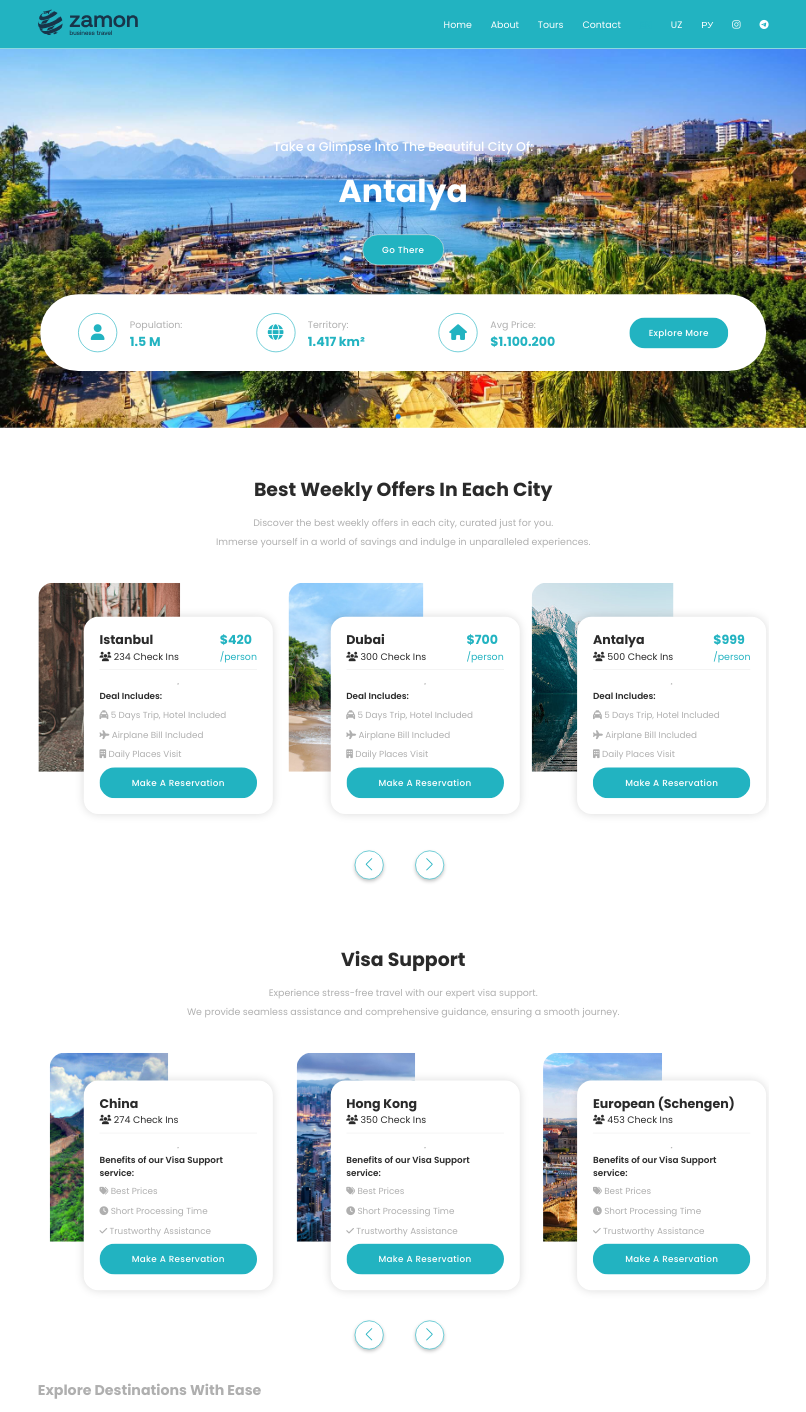
Repository: asadbekdev07/asadbekdev-zamontour-react
Page: /
These files come from the project's save history. The page is drawn as it stood at one moment and after the next save; the edit follows.
The browser window is 1280 px wide. The pictures show the whole page, at 63% of full size.
The project was rebuilt for these pictures with package versions that can differ from the ones it lists, and the page was loaded fresh each time. Also part of the build but not shown: vite.config.js.

Above is the page before, as saved 2024-05-26 17:58:26.

### index.html
<!doctype html>
<html lang="en">
  <head>
    <meta charset="UTF-8" />
    <link rel="icon" type="image/svg+xml" href="/vite.svg" />
    <meta name="viewport" content="width=device-width, initial-scale=1.0" />
    <title>Vite + React</title>
    <link rel="stylesheet" href="https://cdnjs.cloudflare.com/ajax/libs/font-awesome/6.5.2/css/all.min.css" integrity="sha512-SnH5WK+bZxgPHs44uWIX+LLJAJ9/2PkPKZ5QiAj6Ta86w+fsb2TkcmfRyVX3pBnMFcV7oQPJkl9QevSCWr3W6A==" crossorigin="anonymous" referrerpolicy="no-referrer" />

  </head>
  <body>
    <div id="root"></div>
    <script type="module" src="/src/main.jsx"></script>
  </body>
</html>

### src/main.jsx
import React from 'react'
import ReactDOM from 'react-dom/client'
import App from './assets/components/App'
import './assets/styles/index.css'
import './i18n'

ReactDOM.createRoot(document.getElementById('root')).render(
  <React.StrictMode>
    <App />
  </React.StrictMode>,
)

### src/assets/components/App.jsx
import Offers from "./Offers"
import SiteHeader from "./Site-header"
import SliderHero from "./Slider-hero"
import Visa from "./Visa"
import Explore from "./explore"

function App() {

  return (
    <>
      <SiteHeader />
      <SliderHero />
      <Offers />
      <Visa />
      <Explore />
    </>
  )
}

export default App

### src/i18n.jsx
import i18n from 'i18next';
import { initReactI18next } from 'react-i18next';
import Backend from 'i18next-http-backend';
import laungageDetector from 'i18next-browser-languagedetector';
import enLang from '../public/locales/en.json'
import uzLang from '../public/locales/uz.json'
import ruLang from '../public/locales/ru.json'

i18n
.use(Backend)
.use(laungageDetector)
.use(initReactI18next)
.init({
  fallbackLng: 'en',
  lng: 'en',
  debug: true,
  resources: {
    en:{translation: enLang},
    uz:{translation: uzLang},
    ru:{translation: ruLang}
  }
})

export default i18n;

### src/assets/components/Offers.jsx
import { Navigation, A11y } from 'swiper/modules';
import { Swiper, SwiperSlide } from 'swiper/react';
import 'swiper/css';
import 'swiper/css/navigation';

import offersFirst from '/img/deals-04.jpg';
import offersSecond from '/img/offers-02.jpg';
import offersThird from '/img/deals-01.jpg';
import offersFourth from '/img/offers-01.jpg';
import usa from '/img/usa1.jpg';
import england from '/img/deals-02.jpg';
import canada from '/img/cand.jpg';
import europe from '/img/europe2.jpg';

const offersData = [
  { img: offersFirst, city: "Istanbul", checkIns: 234, price: 420 },
  { img: offersSecond, city: "Dubai", checkIns: 300, price: 700 },
  { img: offersThird, city: "Antalya", checkIns: 500, price: 999 },
  { img: offersFourth, city: "Sharm El-Sheikh", checkIns: 200, price: 800 },
  { img: usa, city: "USA", checkIns: 400, price: null },
  { img: england, city: "England", checkIns: 234, price: null },
  { img: canada, city: "Canada", checkIns: 345, price: null },
  { img: europe, city: "European Union", checkIns: 345, price: null }
];

const Offers = () => {
  return (
    <div className="offers">
      <div className="container">
        <div className="offers__content">
          <h2 className="offers__title">Best Weekly Offers In Each City</h2>
          <p className="offers__description">Discover the best weekly offers in each city, curated just for you. <br/> Immerse yourself in a world of savings and indulge in unparalleled experiences.</p>
        </div>
        <Swiper
          modules={[Navigation, A11y]}
          spaceBetween={15}
          slidesPerView={3}
          navigation={{ nextEl: '.swiper-button-next', prevEl: '.swiper-button-prev' }}
          loop={true}
          breakpoints={{ // Add breakpoints for adjusting slidesPerView and spaceBetween
            1000: {
              slidesPerView: 3,
              spaceBetween: 15
            },
            700: {
              slidesPerView: 2,
              spaceBetween: 15
            },
            0: {
              slidesPerView: 1,
              spaceBetween: 15
            }
          }}
          onSwiper={(swiper) => console.log(swiper)}
          onSlideChange={() => console.log('slide change')}
        >
          {offersData.map((offer, index) => (
            <SwiperSlide key={index} className='offers__card'>
              <img className='offers__img' src={offer.img} alt={`${offer.city} img`} />
              <div className="offers__card-inner inner">
                <div className="inner__top">
                  <h4>{offer.city}<br/><span><i className="fa fa-users"></i> {offer.checkIns} Check Ins</span></h4>
                  {offer.price && <h6>${offer.price}<br/><span>/person</span></h6>}
                </div>
                <hr className='inner__divider' />
                <ul className='inner__list'>
                  <li className="inner__list-title">Deal Includes:</li>
                  <li><i className="fa fa-taxi"></i> 5 Days Trip, Hotel Included</li>
                  <li><i className="fa fa-plane"></i> Airplane Bill Included</li>
                  <li><i className="fa fa-building"></i> Daily Places Visit</li>
                </ul>
                <a className="button button--wrapper" href="#contact">Make a Reservation</a>
              </div>
            </SwiperSlide>
          ))}
        </Swiper>
        <div className="swiper-buttons">
          <div className="swiper-button-prev"></div>
          <div className="swiper-button-next"></div>
        </div>
      </div>
    </div>
  );
};

export default Offers;

### src/assets/components/Site-header.jsx
import React, { useState } from 'react';
import zamonImg from '/img/zamon.svg';
import { FontAwesomeIcon } from '@fortawesome/react-fontawesome';
import { faBars, faTimes } from '@fortawesome/free-solid-svg-icons';
import { useTranslation } from 'react-i18next';

const SiteHeader = () => {
  const [isMenuOpen, setIsMenuOpen] = useState(false);

  const handleToggle = () => {
    setIsMenuOpen(prevState => !prevState);
  };

  const { t, i18n } = useTranslation();
  const currentLanguage = i18n.language;

  const handleChange = (language) => {
    i18n.changeLanguage(language);
  }

  return (
    <header className={`site-header ${isMenuOpen ? 'is-open' : ''}`}>
      <div className="container site-header__container">
        <a className="site-header__logo-link" href="#">
          <img className='site-header__logo logo' src={zamonImg} alt="Site logo" width={159} height={41} />
        </a>

        <div className="site-header__sitenav">
          <nav className="sitenav">
            <ul className="sitenav__list">
              {/* ITEM  */}
              <li className="sitenav__item">
                <a className='sitenav__link' href="#">{t('home')}</a>
              </li>
              {/* ITEM  */}
              <li className="sitenav__item">
                <a className='sitenav__link' href="#about">{t('about')}</a>
              </li>
              {/* ITEM  */}
              <li className="sitenav__item">
                <a className='sitenav__link' href="tours">{t('tours')}</a>
              </li>
              {/* ITEM  */}
              <li className="sitenav__item">
                <a className='sitenav__link' href="contacts">{t('contacts')}</a>
              </li>
            </ul>
          </nav>

          <ul className="lang">
            {/* ITEM  */}
            <li className="lang__item">
              <a
                className={`lang__link ${currentLanguage === 'en' ? 'selected' : ''}`}
                href="#"
                onClick={(e) => { e.preventDefault(); handleChange('en'); }}
              >
                EN
              </a>
            </li>
            {/* ITEM  */}
            <li className="lang__item">
              <a
                className={`lang__link ${currentLanguage === 'uz' ? 'selected' : ''}`}
                href="#"
                onClick={(e) => { e.preventDefault(); handleChange('uz'); }}
              >
                UZ
              </a>
            </li>
            {/* ITEM  */}
            <li className="lang__item">
              <a
                className={`lang__link ${currentLanguage === 'ru' ? 'selected' : ''}`}
                href="#"
                onClick={(e) => { e.preventDefault(); handleChange('ru'); }}
              >
                РУ
              </a>
            </li>
          </ul>

          <ul className="social">
            {/* ITEM  */}
            <li className="social__item">
              <a className='social__link' href="https://www.instagram.com/zamontour/" target="_blank" rel="noopener noreferrer">
                <i className="fa-brands fa-instagram social__icon"></i>
              </a>
            </li>
            {/* ITEM  */}
            <li className="social__item">
              <a className='social__link' href="https://t.me/zamonbiznestour" target="_blank" rel="noopener noreferrer">
                <i className="fa-brands fa-telegram social__icon"></i>
              </a>
            </li>
          </ul>
        </div>
        <button className='site-header__toggler' onClick={handleToggle}>
          <FontAwesomeIcon icon={isMenuOpen ? faTimes : faBars} size="2x" />
        </button>
      </div>
    </header>
  );
};

export default SiteHeader;

### src/assets/components/Slider-hero.jsx
import React from 'react';
import { Swiper, SwiperSlide } from 'swiper/react';
import 'swiper/css';
import 'swiper/css/pagination';
import 'swiper/css/navigation';


import { Autoplay, Pagination, Navigation } from 'swiper/modules';

import istanbulImg from '/img/istanbul.jpg';
import antalyaImg from '/img/antalya.jpg';
import dubaiImg from '/img/dubai2.jpg';
import sharmImg from '/img/sharm.jpg';

const slidesData = [
  {
    img: istanbulImg,
    city: 'Istanbul',
    population: '15.5 M',
    territory: '5.461 km²',
    avgPrice: '$946.000'
  },
  {
    img: antalyaImg,
    city: 'Antalya',
    population: '1.5 M',
    territory: '1.417 km²',
    avgPrice: '$1.100.200'
  },
  {
    img: dubaiImg,
    city: 'Dubai',
    population: '3.3 M',
    territory: '35 km²',
    avgPrice: '$425.000'
  },
  {
    img: sharmImg,
    city: 'Sharm El-Sheikh',
    population: '0.07 M',
    territory: '45 km²',
    avgPrice: '$165.450'
  }
];

const SlideContent = ({ img, city, population, territory, avgPrice }) => (
  <section className="slider" style={{ backgroundImage: `url(${img})` }}>
    <div className="container slider__container">
      <div className="slider__top">
        <h3 className="slider__top-heading">Take a Glimpse Into The Beautiful City Of:</h3>
        <h2 className="slider__top-city">{city}</h2>
        <a className="button button--cta" href="#contact">Go There</a>
      </div>
      <div className="slider__bottom">
        <ul className="slider__bottom-list list">
          <li className="list__item">
            <div className="list__item-inner">
              <i className="fa fa-user"></i>
              <h4 className="list__subheading">
                <span>Population:</span><br />{population}
              </h4>
            </div>
          </li>
          <li className="list__item">
            <div className="list__item-inner">
              <i className="fa fa-globe"></i>
              <h4 className="list__subheading">
                <span>Territory:</span><br />{territory}
              </h4>
            </div>
          </li>
          <li className="list__item">
            <div className="list__item-inner">
              <i className="fa fa-home"></i>
              <h4 className="list__subheading">
                <span>Avg Price:</span><br />{avgPrice}
              </h4>
            </div>
          </li>
          <div className="list__item-inner">
            <a className="button" href="#contact">Explore More</a>
          </div>
        </ul>
      </div>
    </div>
  </section>
);

export default function SliderHero() {
  return (
    <Swiper
      spaceBetween={5}
      centeredSlides={true}
      autoplay={{
        delay: 5500,
        disableOnInteraction: false,
      }}
      pagination={{
        clickable: true,
      }}
      loop={true}
      navigation={false}
      modules={[Autoplay, Pagination, Navigation]}
      className="mySwiper"
    >
      {slidesData.map((slide, index) => (
        <SwiperSlide key={index}>
          <SlideContent {...slide} />
        </SwiperSlide>
      ))}
    </Swiper>
  );
}

### src/assets/components/Visa.jsx
import React from 'react';
import { Navigation, A11y } from 'swiper/modules';
import { Swiper, SwiperSlide } from 'swiper/react';
import 'swiper/css';
import 'swiper/css/navigation';

import china from '/img/china.jpg';
import hongkong from '/img/hongkong.jpg';
import europe from '/img/europe.jpeg';
import india from '/img/india.jpg';
import japan from '/img/japan.jpg';
import saudi from '/img/saudi.jpg';
import oman from '/img/oman.jpg';

const offersData = [
  { img: china, city: "China", checkIns: 274 },
  { img: hongkong, city: "Hong Kong", checkIns: 350 },
  { img: europe, city: "European (Schengen)", checkIns: 453 },
  { img: india, city: "India", checkIns: 220 },
  { img: japan, city: "Japan", checkIns: 442 },
  { img: saudi, city: "Saudi Arabia", checkIns: 424 },
  { img: oman, city: "Oman", checkIns: 389 }
];

const Visa = () => {
  return (
    <div className="visa">
      <div className="container">
        <div className="visa__content">
          <h2 className="visa__title">Visa Support</h2>
          <p className="visa__description">
          Experience stress-free travel with our expert visa support. <br/> We provide seamless assistance and comprehensive guidance, ensuring a smooth journey.
          </p>
        </div>
        <Swiper
          modules={[Navigation, A11y]}
          spaceBetween={15}
          slidesPerView={3}
          navigation={{ nextEl: '.swiper-button-next', prevEl: '.swiper-button-prev' }}
          loop={true}
          breakpoints={{
            1000: {
              slidesPerView: 3,
              spaceBetween: 15
            },
            700: {
              slidesPerView: 2,
              spaceBetween: 15
            },
            0: {
              slidesPerView: 1,
              spaceBetween: 15
            }
          }}
          onSwiper={(swiper) => console.log(swiper)}
          onSlideChange={() => console.log('slide change')}
        >
          {offersData.map((offer, index) => (
            <SwiperSlide key={index} className='visa__card'>
              <img className='visa__img' src={offer.img} alt={`${offer.city} img`} />
              <div className="visa__card-inner inner">
                <div className="inner__top">
                  <h4>{offer.city}<br /><span><i className="fa fa-users"></i> {offer.checkIns} Check Ins</span></h4>
                </div>
                <hr className='inner__divider' />
                <ul className='inner__list'>
                  <li className="inner__list-title">Benefits of our Visa Support service:</li>
                  <li><i className="fa fa-tags"></i> Best Prices</li>
                  <li><i className="fa fa-clock"></i> Short Processing Time</li>
                  <li><i className="fa fa-check"></i> Trustworthy Assistance</li>
                </ul>
                <a className="button button--wrapper" href="#contact">Make a Reservation</a>
              </div>
            </SwiperSlide>
          ))}
        </Swiper>
        <div className="swiper-buttons">
          <div className="swiper-button-prev"></div>
          <div className="swiper-button-next"></div>
        </div>
      </div>
    </div>
  );
};

export default Visa;

### src/assets/components/explore.jsx
const Explore = () => {
  return (
    <section className="explore">
      <div className="container">
        <div className="explore__top">
          <h2 className="explore__top-heading">Explore Destinations With Ease</h2>
        </div>
      </div>
    </section>
  )
}

export default Explore

Loaded but not shown: public/locales/uz.json (12 lines, source omitted); public/locales/en.json (12 lines, source omitted); public/locales/ru.json (12 lines, source omitted); src/assets/styles/index.css (881 lines, source omitted)

After the next save:
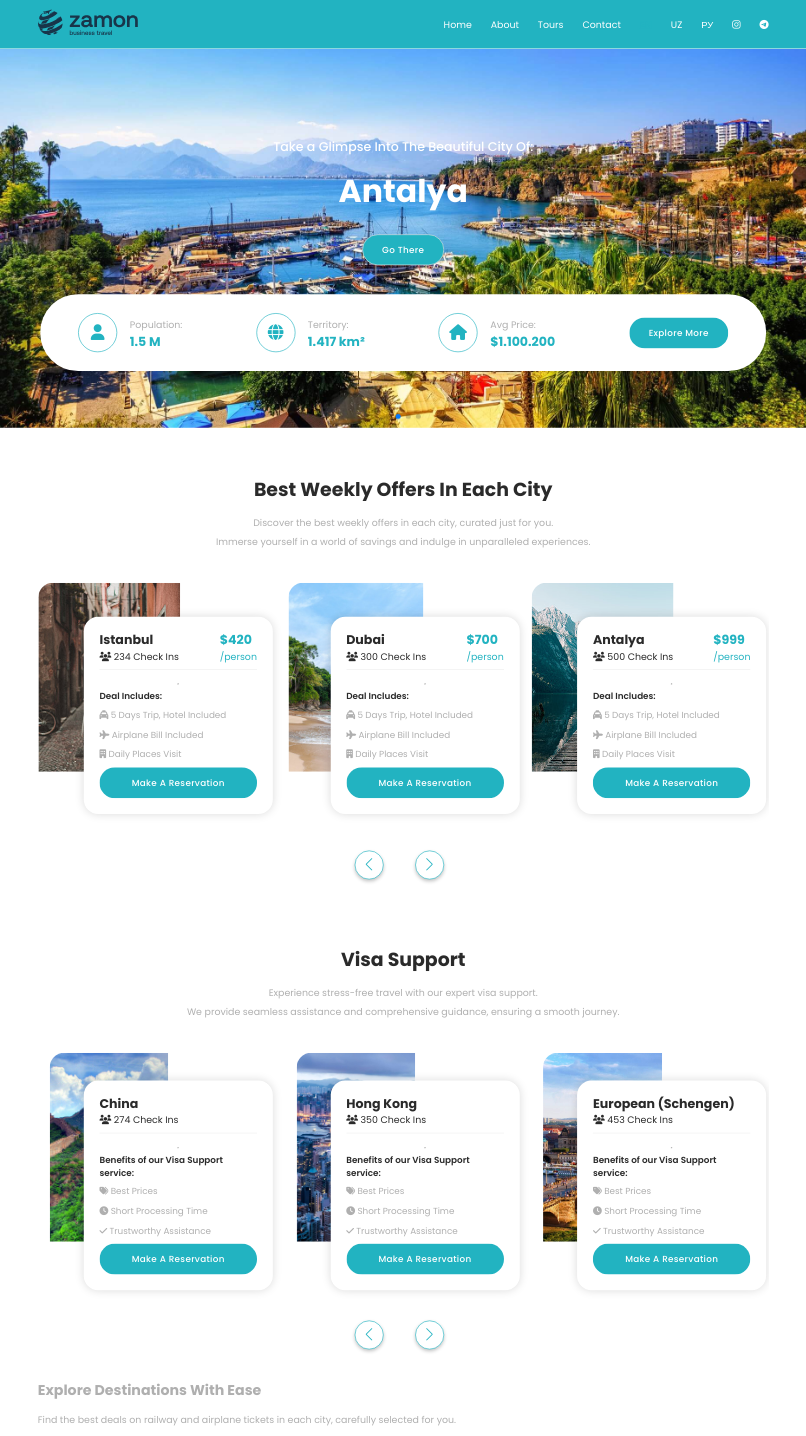
Saved 29 s later.
--- a/src/assets/components/explore.jsx
+++ b/src/assets/components/explore.jsx
@@ -4,6 +4,7 @@ const Explore = () => {
       <div className="container">
         <div className="explore__top">
           <h2 className="explore__top-heading">Explore Destinations With Ease</h2>
+          <p className="explore__top-text">Find the best deals on railway and airplane tickets in each city, carefully selected for you.</p>
         </div>
       </div>
     </section>
